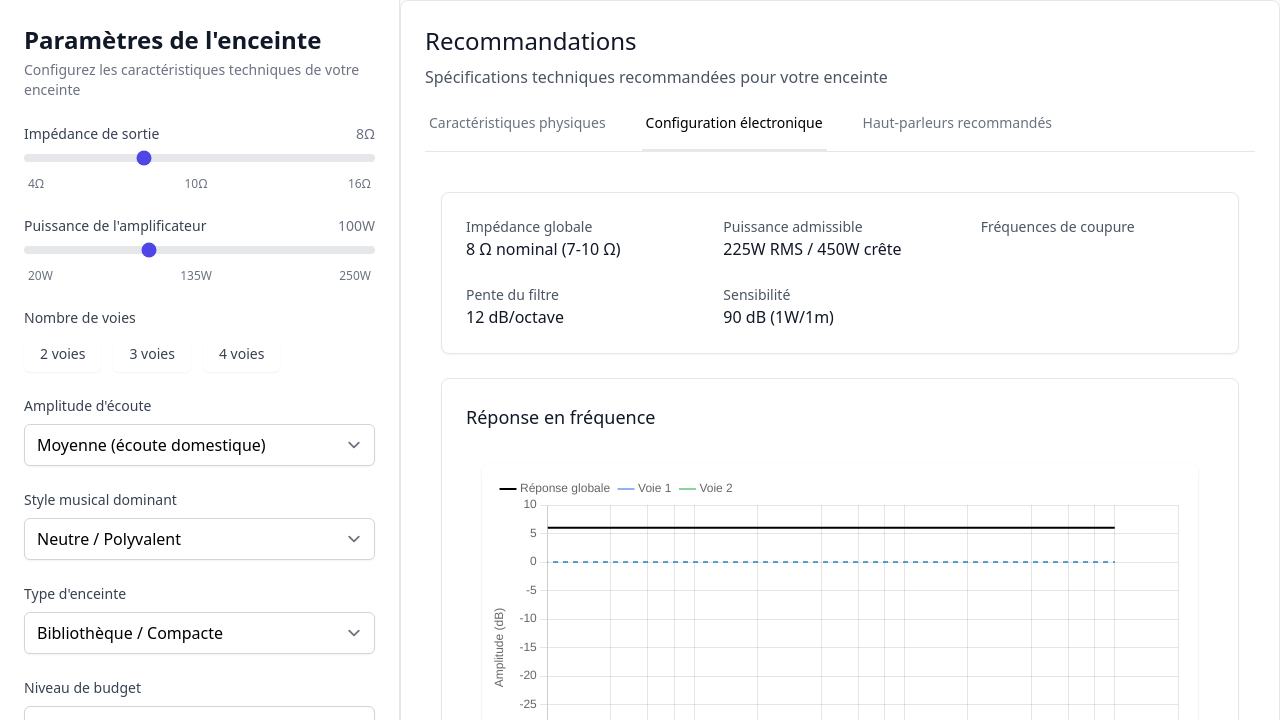
Repository: flobutbut/AcuoTune
Page: /, after clicking the first element matching `nav.flex > :nth-child(2)`
The author's editor kept a copy of each file at every save. The page is drawn from the files as they stood at one save, then again after the next save.
The browser window is 1280 px wide. The pictures show the whole page.
An inner scrolling area shows only its first screen. The project was rebuilt for these pictures with package versions that can differ from the ones it lists, and the page was loaded fresh each time. Also part of the build but not shown: vite.config.ts, src/components/configurateur/recommendations/SpeakersTab.vue.

Above is the page before, as saved 2025-02-28 14:41:12.

### src/main.ts
import './assets/main.css'

import { createApp } from 'vue'
import { createPinia } from 'pinia'
import App from './App.vue'
import router from './router'

// Pour le débogage
console.log('Initializing app...')

const app = createApp(App)
const pinia = createPinia()

// Pour le débogage
app.config.errorHandler = (err, instance, info) => {
  console.error('Vue Error:', err)
  console.log('Component:', instance)
  console.log('Info:', info)
}

app.use(pinia)
app.use(router)

app.mount('#app')

// Pour le débogage
console.log('App mounted')

### src/App.vue
<script setup lang="ts">
import { RouterView } from 'vue-router'
</script>

<template>
  <RouterView />
</template>

<style>
#app {
  height: 100vh;
  width: 100vw;
}
</style>

### src/router/index.ts
import { createRouter, createWebHashHistory } from 'vue-router'
import ConfigurateurView from '../views/ConfigurateurView.vue'

const base = process.env.NODE_ENV === 'production' ? '/AcuoTune/' : '/'

const router = createRouter({
  history: createWebHashHistory(base),
  routes: [
    {
      path: '/',
      name: 'home',
      component: ConfigurateurView
    }
  ]
})

export default router

### src/views/ConfigurateurView.vue
<script setup lang="ts">
import ConfigurationPanel from '@/components/configurateur/ConfigurationPanel.vue'
import RecommendationsPanel from '@/components/configurateur/RecommendationsPanel.vue'
</script>

<template>
  <div class="flex h-screen bg-gray-50">
    <!-- Colonne de gauche - Configuration -->
    <div class="w-[400px] min-w-[400px] overflow-y-auto border-r border-gray-200 bg-white">
      <ConfigurationPanel />
    </div>

    <!-- Colonne de droite - Recommandations -->
    <div class="flex-1 overflow-y-auto">
      <RecommendationsPanel />
    </div>
  </div>
</template>

<style>
/* Supprimer les marges par défaut */
body {
  margin: 0;
  padding: 0;
}

/* Assurer que l'app prend toute la hauteur */
#app {
  height: 100vh;
}
</style>

### src/components/configurateur/RecommendationsPanel.vue
<script setup lang="ts">
import { ref } from 'vue'
import PhysicalTab from './recommendations/PhysicalTab.vue'
import ElectronicTab from './recommendations/ElectronicTab.vue'
import SpeakersTab from './recommendations/SpeakersTab.vue'

const activeTab = ref('physique')

// Données temporaires pour test
const physicalRecommendations = {
  volume: '30L',
  dimensions: {
    height: '80cm',
    width: '30cm',
    depth: '40cm'
  },
  materials: ['MDF 19mm', 'Contreplaqué bouleau 18mm'],
  portType: 'Bass-reflex',
  port: {
    surface: '50cm²',
    length: '15cm',
    diameter: '8cm',
    tuningFreq: '35Hz'
  }
}

const electronicRecommendations = {
  impedance: '8Ω',
  power: '100W RMS',
  crossoverFreqs: ['500Hz', '3.5kHz'],
  filterSlope: '12dB/octave',
  efficiency: '89dB'
}

const speakerRecommendations = [
  {
    type: 'Grave',
    impedance: '8Ω',
    power: '100W RMS',
    sensitivity: '89dB'
  },
  {
    type: 'Médium',
    impedance: '8Ω',
    power: '50W RMS',
    sensitivity: '91dB'
  },
  {
    type: 'Aigu',
    impedance: '8Ω',
    power: '25W RMS',
    sensitivity: '92dB'
  }
]
</script>

<template>
  <div class="w-full bg-white rounded-lg shadow-sm border border-gray-200">
    <div class="p-6">
      <h2 class="text-2xl font-medium text-gray-900 mb-2">Recommandations</h2>
      <p class="text-gray-600 mb-6">Spécifications techniques recommandées pour votre enceinte</p>

      <!-- Onglets -->
      <div class="border-b border-gray-200">
        <nav class="flex space-x-8" aria-label="Tabs">
          <button
            v-for="tab in ['physique', 'electronique', 'hautparleurs']"
            :key="tab"
            @click="activeTab = tab"
            :class="[
              'pb-4 px-1 font-medium text-sm border-b-2 transition-colors',
              activeTab === tab
                ? 'border-primary-600 text-primary-600'
                : 'border-transparent text-gray-500 hover:text-gray-700 hover:border-gray-300'
            ]"
          >
            {{ tab === 'physique' ? 'Caractéristiques physiques' :
               tab === 'electronique' ? 'Configuration électronique' :
               'Haut-parleurs recommandés' }}
          </button>
        </nav>
      </div>

      <!-- Contenu des onglets -->
      <div class="mt-6">
        <PhysicalTab v-if="activeTab === 'physique'" />
        <ElectronicTab v-if="activeTab === 'electronique'" />
        <SpeakersTab v-if="activeTab === 'hautparleurs'" />
      </div>
    </div>
  </div>
</template>

### src/components/configurateur/controls/RangeInput.vue
<script setup lang="ts">
defineProps<{
  label: string
  name: string
  value: number
  min: number
  max: number
  step: number
  unit?: string
}>()

defineEmits<{
  (e: 'update', event: Event): void
}>()
</script>

<template>
  <div class="space-y-2">
    <!-- Label et valeur actuelle -->
    <div class="flex justify-between items-center">
      <label :for="name" class="block text-sm font-medium text-gray-700">
        {{ label }}
      </label>
      <span class="text-sm text-gray-500">
        {{ value }}{{ unit }}
      </span>
    </div>

    <!-- Input range -->
    <input
      :id="name"
      type="range"
      :name="name"
      :min="min"
      :max="max"
      :step="step"
      :value="value"
      @input="$emit('update', $event)"
      class="w-full h-2 bg-gray-200 rounded-lg appearance-none cursor-pointer
             dark:bg-gray-700 accent-indigo-600 focus:outline-none focus:ring-2
             focus:ring-indigo-500 focus:ring-offset-2"
    />

    <!-- Valeurs min/max -->
    <div class="flex justify-between px-1">
      <span class="text-xs text-gray-500">{{ min }}{{ unit }}</span>
      <span class="text-xs text-gray-500">{{ Math.round((max + min) / 2) }}{{ unit }}</span>
      <span class="text-xs text-gray-500">{{ max }}{{ unit }}</span>
    </div>
  </div>
</template>

### src/components/configurateur/controls/SelectInput.vue
<script setup lang="ts">
interface Option {
  value: string
  label: string
}

defineProps<{
  label: string
  name: string
  value: string
  options: Option[]
}>()

defineEmits<{
  (e: 'update', event: Event): void
}>()
</script>

<template>
  <div class="space-y-2">
    <label :for="name" class="block text-sm font-medium text-gray-700">
      {{ label }}
    </label>
    <select
      :id="name"
      :name="name"
      :value="value"
      @change="$emit('update', $event)"
      class="mt-1 block w-full rounded-md border-gray-300 py-2 pl-3 pr-10 text-base
             focus:border-indigo-500 focus:outline-none focus:ring-indigo-500
             bg-white shadow-sm"
    >
      <option
        v-for="option in options"
        :key="option.value"
        :value="option.value"
        class="text-gray-900"
      >
        {{ option.label }}
      </option>
    </select>
  </div>
</template>

### src/constants/configurateur.ts
export const IMPEDANCE_OPTIONS = {
  min: 4,
  max: 16,
  step: 4
}

export const PUISSANCE_OPTIONS = {
  min: 20,
  max: 250,
  step: 10
}

export const AMPLITUDE_ECOUTE_OPTIONS = [
  { value: 'faible', label: 'Faible (écoute de proximité)' },
  { value: 'moyenne', label: 'Moyenne (écoute domestique)' },
  { value: 'forte', label: 'Forte (home-cinéma, fêtes)' }
]

export const STYLE_MUSICAL_OPTIONS = [
  { value: 'neutre', label: 'Neutre / Polyvalent' },
  { value: 'hifi', label: 'Hi-Fi / Audiophile' },
  { value: 'bass', label: 'Bass heavy (Electronic, Hip-hop)' },
  { value: 'acoustique', label: 'Acoustique / Classique' }
]

export const TYPE_ENCEINTE_OPTIONS = [
  { value: 'bibliothèque', label: 'Bibliothèque / Compacte' },
  { value: 'colonne', label: 'Colonne' },
  { value: 'monitoring', label: 'Monitoring' }
]

export const BUDGET_NIVEAU_OPTIONS = [
  { value: 'économique', label: 'Économique' },
  { value: 'moyen', label: 'Moyen' },
  { value: 'élevé', label: 'Élevé' }
]

export const DISTANCE_MUR_OPTIONS = [
  { value: 'proche', label: 'Proche (< 20cm)' },
  { value: 'moyenne', label: 'Moyenne (20-40cm)' },
  { value: 'éloignée', label: 'Éloignée (> 40cm)' }
]

export const UTILISATION_OPTIONS = [
  { value: 'musique', label: 'Musique' },
  { value: 'homecinema', label: 'Home-cinéma' },
  { value: 'mixte', label: 'Mixte (Musique + Home-cinéma)' },
  { value: 'studio', label: 'Production / Mixage studio' }
]

export const TYPE_CHARGE_OPTIONS = [
  { value: 'clos', label: 'Clos' },
  { value: 'bass-reflex', label: 'Bass-reflex' },
  { value: 'double-bass-reflex', label: 'Double Bass-reflex' }
]

export const PENTE_FILTRE_OPTIONS = [
  { value: '12', label: '12 dB/octave' },
  { value: '18', label: '18 dB/octave' },
  { value: '24', label: '24 dB/octave' }
]

export const FACTEUR_QUALITE_OPTIONS = [
  { value: '0.5', label: 'Q = 0.5 (Sous-amorti)' },
  { value: '0.707', label: 'Q = 0.707 (Butterworth)' },
  { value: '1.0', label: 'Q = 1.0 (Sur-amorti)' }
]

### src/components/configurateur/recommendations/ElectronicTab.vue
<script setup lang="ts">
import { computed } from 'vue'
import { useConfigurateurStore } from '@/stores/configurateur'
import { calculateElectronic } from '@/utils/calculations/electronic'
import { calculateAcoustic } from '@/utils/calculations/acoustic'
import FrequencyResponseChart from '../FrequencyResponseChart.vue'

const store = useConfigurateurStore()

const electronicRecommendations = computed(() => {
  if (!store.config) return null
  const acousticParams = calculateAcoustic(store.config)
  return calculateElectronic(store.config, acousticParams)
})
</script>

<template>
  <div class="space-y-6 p-4">
    <div v-if="electronicRecommendations" class="space-y-6">
      <!-- Panneau des paramètres -->
      <div class="bg-white rounded-lg shadow-sm border border-gray-200 p-6">
        <div class="grid grid-cols-2 md:grid-cols-3 gap-6">
          <div v-for="(value, key) in [
            { label: 'Impédance globale', value: electronicRecommendations.impedanceGlobale },
            { label: 'Puissance admissible', value: electronicRecommendations.puissanceAdmissible },
            { label: 'Fréquences de coupure', value: electronicRecommendations.frequencesCoupure.join(' / ') },
            { label: 'Pente du filtre', value: electronicRecommendations.penteFiltre },
            { label: 'Sensibilité', value: electronicRecommendations.sensibilite }
          ]" :key="key" class="group">
            <div class="text-sm text-gray-600 group-hover:text-gray-800 transition-colors">{{ value.label }}</div>
            <div class="font-medium text-gray-900">{{ value.value }}</div>
          </div>
        </div>
      </div>

      <!-- Graphique -->
      <div class="bg-white rounded-lg shadow-sm border border-gray-200 p-6">
        <h3 class="text-lg font-medium text-gray-900 mb-4">Réponse en fréquence</h3>
        <div class="h-[400px] w-full">
          <FrequencyResponseChart
            :config="store.config"
            :electronic-params="electronicRecommendations"
          />
        </div>
      </div>
    </div>

    <div v-else class="flex items-center justify-center h-48 bg-gray-50 rounded-lg">
      <div class="text-gray-500">
        <svg class="w-8 h-8 mx-auto mb-2 animate-spin" viewBox="0 0 24 24" fill="none">
          <circle class="opacity-25" cx="12" cy="12" r="10" stroke="currentColor" stroke-width="4"/>
          <path class="opacity-75" fill="currentColor" d="M4 12a8 8 0 018-8V0C5.373 0 0 5.373 0 12h4z"/>
        </svg>
        <span>Chargement des recommandations...</span>
      </div>
    </div>
  </div>
</template>

### src/utils/calculations/electronic.ts
import type { Config } from '@/types/configurateur'
import type { ElectronicRecommendation } from '@/types/configurateur'

interface AcousticResult {
  volumeOptimal: number
  frequenceAccord: number
  facteurQualite: number
  frequenceResonance: number
  rendementBasse: number
  puissanceMax: number
}

export function calculateElectronic(config: Config, acoustic: AcousticResult): ElectronicRecommendation {
  console.log('Calculating electronic parameters for:', { config, acoustic })

  // Calcul des fréquences de coupure
  const frequencesCoupure = calculateCrossoverFrequencies(config)

  // Calcul de la pente des filtres
  const penteFiltre = calculateFilterSlope(config)

  // Calcul de l'impédance globale
  const impedanceGlobale = calculateGlobalImpedance(config)

  // Calcul de la puissance admissible
  const puissanceAdmissible = calculateAdmissiblePower(acoustic.puissanceMax)

  // Calcul de la sensibilité globale
  const sensibilite = calculateGlobalSensitivity(config, acoustic)

  const result: ElectronicRecommendation = {
    frequencesCoupure,
    penteFiltre,
    impedanceGlobale,
    puissanceAdmissible,
    sensibilite
  }

  console.log('Electronic calculation result:', result)
  return result
}

function calculateCrossoverFrequencies(config: Config): string[] {
  // Si mode avancé et fréquences manuelles définies, les utiliser
  if (config.showAdvanced && config.freqCoupureManuelle.length > 0) {
    return config.freqCoupureManuelle.map(freq => `${freq} Hz`)
  }

  // Sinon, calculer les fréquences recommandées
  const freqs: number[] = []
  switch (config.nombreVoies) {
    case 2:
      freqs.push(config.styleMusical === 'bass' ? 2500 : 3000)
      break
    case 3:
      freqs.push(
        config.styleMusical === 'bass' ? 400 : 500,
        config.styleMusical === 'bass' ? 2500 : 3000
      )
      break
    case 4:
      freqs.push(
        config.styleMusical === 'bass' ? 200 : 250,
        config.styleMusical === 'bass' ? 800 : 1000,
        config.styleMusical === 'bass' ? 2500 : 3000
      )
      break
  }
  return freqs.map(freq => `${freq} Hz`)
}

function calculateFilterSlope(config: Config): string {
  // Si mode avancé, utiliser la pente configurée
  if (config.showAdvanced) {
    return `${config.penteFiltre} dB/octave`
  }

  // Sinon, déterminer la pente recommandée
  if (config.budgetNiveau === 'élevé' || config.styleMusical === 'hifi') {
    return '24 dB/octave'
  } else if (config.nombreVoies >= 3) {
    return '18 dB/octave'
  }
  return '12 dB/octave'
}

function calculateGlobalImpedance(config: Config): string {
  // Calcul de l'impédance nominale
  let impedance = config.impedance

  // Ajustements selon le nombre de voies
  if (config.nombreVoies >= 3) {
    impedance = Math.max(4, impedance - 2)
  }

  return `${impedance} Ω nominal (${impedance - 1}-${impedance + 2} Ω)`
}

function calculateAdmissiblePower(maxPower: number): string {
  const rms = Math.round(maxPower)
  const peak = Math.round(maxPower * 2)
  return `${rms}W RMS / ${peak}W crête`
}

function calculateGlobalSensitivity(config: Config, acoustic: AcousticResult): string {
  // Sensibilité de base selon le rendement calculé
  let sensitivity = acoustic.rendementBasse

  // Ajustements selon l'amplitude d'écoute
  const sensAdjust = {
    'faible': -2,
    'moyenne': 0,
    'forte': +2
  }
  sensitivity += sensAdjust[config.amplitudeEcoute as keyof typeof sensAdjust] || 0

  // Ajustements selon le nombre de voies
  sensitivity += (config.nombreVoies - 2) * 0.5

  return `${Math.round(sensitivity)} dB (1W/1m)`
}

### src/components/configurateur/FrequencyResponseChart.vue
<script setup lang="ts">
import { onMounted, watch, ref, onUnmounted } from 'vue'
import Chart from 'chart.js/auto'
import { calculateVoiceResponse, calculateGlobalResponse } from '@/utils/calculations/frequency-response'
import type { Config } from '@/types/configurateur'

const props = defineProps<{
  config: Config
  electronicParams: any
}>()

const chartCanvas = ref<HTMLCanvasElement | null>(null)
let frequencyChart: Chart | null = null

function generateChartData() {
  console.log('Generating chart data with config:', props.config)
  console.log('Electronic params:', props.electronicParams)

  const frequencies = []
  const voieDatasets = []
  const nombreVoies = parseInt(props.config.nombreVoies)

  // Initialisation des tableaux pour chaque voie
  const voieResponses = Array.from({ length: nombreVoies }, () => [])
  const globalResponses = []

  // Génération des fréquences
  for (let i = 0; i <= 400; i++) {
    const f = Math.round(10 * Math.pow(10, i * 3 / 400))
    if (f <= 20000) {
      frequencies.push(f)

      // Calcul pour chaque voie
      const currentVoiceResponses = []
      for (let v = 0; v < nombreVoies; v++) {
        const response = calculateVoiceResponse(f, v, props.config, props.electronicParams)
        voieResponses[v].push(response)
        currentVoiceResponses.push(response)
      }

      // Calcul de la réponse globale
      const globalResponse = calculateGlobalResponse(f, currentVoiceResponses)
      globalResponses.push(globalResponse)
    }
  }

  console.log('Voice responses:', voieResponses)
  console.log('Global responses:', globalResponses)

  // Création des datasets pour chaque voie
  const voieColors = ['#2563eb', '#16a34a', '#dc2626', '#9333ea']
  for (let v = 0; v < nombreVoies; v++) {
    voieDatasets.push({
      label: `Voie ${v + 1}`,
      data: frequencies.map((f, i) => ({
        x: f,
        y: voieResponses[v][i]
      })),
      borderColor: voieColors[v],
      borderDash: [5, 5],
      borderWidth: 1,
      fill: false,
      tension: 0.4,
      pointRadius: 0
    })
  }

  // Dataset pour la réponse globale
  const globalDataset = {
    label: 'Réponse globale',
    data: frequencies.map((f, i) => ({
      x: f,
      y: globalResponses[i]
    })),
    borderColor: '#000000',
    borderWidth: 2,
    fill: false,
    tension: 0.4,
    pointRadius: 0,
    order: -1 // Pour s'assurer que la courbe globale est au-dessus
  }

  return {
    voieDatasets,
    globalDataset
  }
}

function createChart() {
  if (!chartCanvas.value) return
  const ctx = chartCanvas.value.getContext('2d')
  if (!ctx) return

  const { voieDatasets, globalDataset } = generateChartData()

  if (frequencyChart) {
    frequencyChart.destroy()
  }

  frequencyChart = new Chart(ctx, {
    type: 'line',
    data: {
      datasets: [...voieDatasets, globalDataset]
    },
    options: {
      responsive: true,
      maintainAspectRatio: false,
      layout: {
        padding: {
          top: 10,
          right: 20,
          bottom: 10,
          left: 10
        }
      },
      scales: {
        x: {
          type: 'logarithmic',
          min: 20,
          max: 20000,
          title: {
            display: true,
            text: 'Fréquence (Hz)',
            padding: { top: 10, bottom: 0 }
          },
          ticks: {
            callback: (value: any) => {
              if ([20, 50, 100, 200, 500, 1000, 2000, 5000, 10000, 20000].includes(value)) {
                if (value >= 1000) {
                  return `${value/1000}k`
                }
                return value
              }
              return ''
            }
          }
        },
        y: {
          min: -40,
          max: 10,
          title: {
            display: true,
            text: 'Amplitude (dB)',
            padding: { top: 0, bottom: 10 }
          },
          ticks: {
            stepSize: 5,
            callback: (value: any) => `${value}`
          }
        }
      },
      plugins: {
        legend: {
          display: true,
          position: 'top',
          align: 'start',
          labels: {
            usePointStyle: true,
            pointStyle: 'line',
            boxWidth: 40,
            padding: 10
          }
        },
        tooltip: {
          mode: 'index',
          intersect: false,
          callbacks: {
            label: function(context: any) {
              return `${context.dataset.label}: ${context.parsed.y.toFixed(1)} dB @ ${context.parsed.x} Hz`
            }
          }
        }
      },
      elements: {
        line: {
          tension: 0.4,
          borderWidth: 1.5
        },
        point: {
          radius: 0
        }
      }
    }
  })
}

onMounted(() => {
  createChart()
})

watch([() => props.config, () => props.electronicParams], () => {
  createChart()
}, { deep: true })

onUnmounted(() => {
  if (frequencyChart) {
    frequencyChart.destroy()
  }
})
</script>

<template>
  <div class="frequency-response-container">
    <div class="frequency-response-chart">
      <canvas ref="chartCanvas"></canvas>
    </div>
  </div>
</template>

<style scoped>
.frequency-response-container {
  width: 100%;
  padding: 1rem;
}

.frequency-response-chart {
  background-color: white;
  border-radius: 0.5rem;
  box-shadow: 0 1px 3px rgba(0, 0, 0, 0.1);
  height: 400px;
  position: relative;
}

canvas {
  position: absolute;
  top: 0;
  left: 0;
  width: 100% !important;
  height: 100% !important;
}
</style>

Loaded but not shown: index.html (common file); src/assets/main.css (common file); tailwind.config.js (13 lines, source omitted); src/utils/calculations/acoustic.ts (372 lines, source omitted); src/components/configurateur/ConfigurationPanel.vue (237 lines, source omitted); src/utils/calculations/physical.ts (240 lines, source omitted); src/utils/calculations/frequency-response.ts (203 lines, source omitted); src/stores/configurateur.ts (167 lines, source omitted); src/components/configurateur/recommendations/PhysicalTab.vue (104 lines, source omitted)

After the next save:
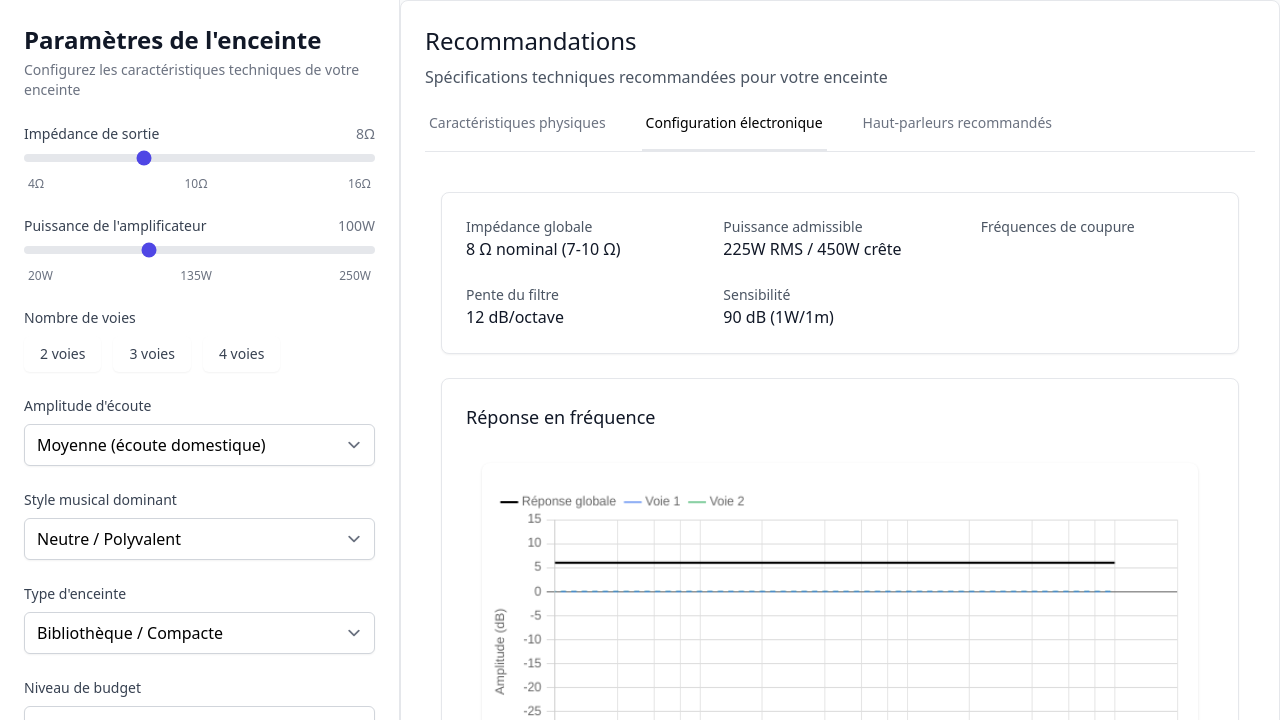
Saved 2 min 34 s later.
--- a/src/components/configurateur/FrequencyResponseChart.vue
+++ b/src/components/configurateur/FrequencyResponseChart.vue
@@ -107,7 +107,7 @@ function createChart() {
       maintainAspectRatio: false,
       layout: {
         padding: {
-          top: 10,
+          top: 20,
           right: 20,
           bottom: 10,
           left: 10
@@ -137,7 +137,7 @@ function createChart() {
         },
         y: {
           min: -40,
-          max: 10,
+          max: 15,
           title: {
             display: true,
             text: 'Amplitude (dB)',
@@ -145,7 +145,17 @@ function createChart() {
           },
           ticks: {
             stepSize: 5,
-            callback: (value: any) => `${value}`
+            callback: (value: any) => `${value}`,
+            padding: 5
+          },
+          grid: {
+            drawBorder: true,
+            color: (context: any) => {
+              if (context.tick.value === 0) {
+                return '#666'
+              }
+              return '#ddd'
+            }
           }
         }
       },
@@ -219,6 +229,7 @@ onUnmounted(() => {
   box-shadow: 0 1px 3px rgba(0, 0, 0, 0.1);
   height: 400px;
   position: relative;
+  padding: 1rem;
 }
 
 canvas {
